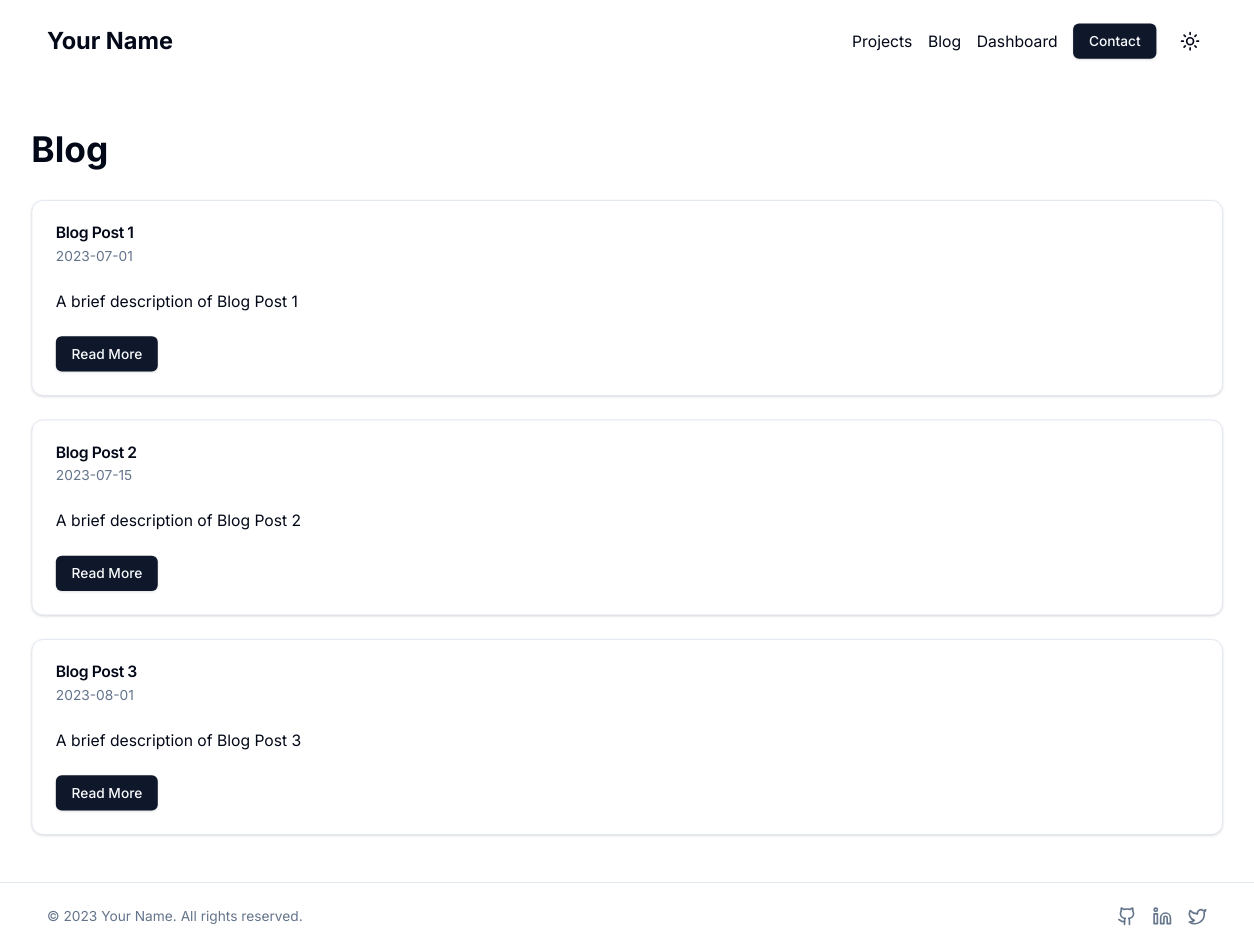
Repository: OriginalLeeDunn/pkm-portfolio
Page: /blog
The author's editor kept a copy of each file at every save. The page is drawn from the files as they stood at one save, then again after the next save.
The browser window is 1280 px wide. The pictures show the whole page, at 98% of full size.
The project was rebuilt for these pictures with package versions that can differ from the ones it lists, and the page was loaded fresh each time. The framework's server and built-in components were replaced by stand-ins that run in the browser. Also part of the build but not shown: next.config.mjs.

Above is the page before, as saved 2024-10-16 20:32:04.

### src/app/layout.tsx
import './globals.css'
import type { Metadata } from 'next'
import { Inter } from 'next/font/google'
import Header from '@/components/home-page//Header'
import Footer from '@/components/home-page/Footer'
import { ThemeProvider } from '@/components/home-page/ThemeProvider'

const inter = Inter({ subsets: ['latin'] })

export const metadata: Metadata = {
  title: 'Your Name - Web Developer & 3D Artist',
  description: 'Personal portfolio showcasing web development and 3D skills',
}

export default function RootLayout({
  children,
}: {
  children: React.ReactNode
}) {
  return (
    <html lang="en" suppressHydrationWarning>
      <body className={inter.className}>
        <ThemeProvider attribute="class" defaultTheme="system" enableSystem>
          <Header />
          <main>{children}</main>
          <Footer />
        </ThemeProvider>
      </body>
    </html>
  )
}

### src/app/blog/page.tsx
import Link from 'next/link'
import { Card, CardContent, CardDescription, CardFooter, CardHeader, CardTitle } from "@/components/home-page/ui/card"
import { Button } from "@/components/home-page/ui/button"

const posts = [
  { id: 1, title: "Blog Post 1", description: "A brief description of Blog Post 1", date: "2023-07-01" },
  { id: 2, title: "Blog Post 2", description: "A brief description of Blog Post 2", date: "2023-07-15" },
  { id: 3, title: "Blog Post 3", description: "A brief description of Blog Post 3", date: "2023-08-01" },
]

export default function BlogPage() {
  return (
    <div className="container mx-auto py-12">
      <h1 className="text-4xl font-bold mb-8">Blog</h1>
      <div className="space-y-6">
        {posts.map((post) => (
          <Card key={post.id}>
            <CardHeader>
              <CardTitle>{post.title}</CardTitle>
              <CardDescription>{post.date}</CardDescription>
            </CardHeader>
            <CardContent>
              <p>{post.description}</p>
            </CardContent>
            <CardFooter>
              <Button asChild>
                <Link href={`/blog/${post.id}`}>Read More</Link>
              </Button>
            </CardFooter>
          </Card>
        ))}
      </div>
    </div>
  )
}

### src/components/home-page/Header.tsx
import Link from 'next/link'
import { Button } from '@/components/home-page/ui/button'
import { ThemeToggle } from '@/components/home-page/ThemeToggle'

export default function Header() {
  return (
    <header className="w-full py-6 px-4 bg-background">
      <div className="container mx-auto flex justify-between items-center">
        <Link href="/" className="text-2xl font-bold">
          Your Name
        </Link>
        <nav className="flex items-center space-x-4">
          <Link href="/projects">Projects</Link>
          <Link href="/blog">Blog</Link>
          <Link href="/dashboard">Dashboard</Link>
          <Button asChild><Link href="/contact">Contact</Link></Button>
          <ThemeToggle />
        </nav>
      </div>
    </header>
  )
}

### src/components/home-page/Footer.tsx
import Link from 'next/link'
import { Github, Linkedin, Twitter } from 'lucide-react'

export default function Footer() {
  return (
    <footer className="w-full py-6 px-4 bg-background border-t">
      <div className="container mx-auto flex flex-col md:flex-row justify-between items-center">
        <p className="text-sm text-muted-foreground">© 2023 Your Name. All rights reserved.</p>
        <nav className="mt-4 md:mt-0">
          <ul className="flex space-x-4">
            <li><Link href="#" className="text-muted-foreground hover:text-foreground"><Github size={20} /></Link></li>
            <li><Link href="#" className="text-muted-foreground hover:text-foreground"><Linkedin size={20} /></Link></li>
            <li><Link href="#" className="text-muted-foreground hover:text-foreground"><Twitter size={20} /></Link></li>
          </ul>
        </nav>
      </div>
    </footer>
  )
}

### src/components/home-page/ThemeProvider.tsx
'use client'

import * as React from "react"
import { ThemeProvider as NextThemesProvider } from "next-themes"
import { type ThemeProviderProps } from "next-themes/dist/types"

export function ThemeProvider({ children, ...props }: ThemeProviderProps) {
  return <NextThemesProvider {...props}>{children}</NextThemesProvider>
}

### src/components/home-page/ui/card.tsx
import * as React from "react"

import { cn } from "@/lib/utils"

const Card = React.forwardRef<
  HTMLDivElement,
  React.HTMLAttributes<HTMLDivElement>
>(({ className, ...props }, ref) => (
  <div
    ref={ref}
    className={cn(
      "rounded-xl border bg-card text-card-foreground shadow",
      className
    )}
    {...props}
  />
))
Card.displayName = "Card"

const CardHeader = React.forwardRef<
  HTMLDivElement,
  React.HTMLAttributes<HTMLDivElement>
>(({ className, ...props }, ref) => (
  <div
    ref={ref}
    className={cn("flex flex-col space-y-1.5 p-6", className)}
    {...props}
  />
))
CardHeader.displayName = "CardHeader"

const CardTitle = React.forwardRef<
  HTMLParagraphElement,
  React.HTMLAttributes<HTMLHeadingElement>
>(({ className, ...props }, ref) => (
  <h3
    ref={ref}
    className={cn("font-semibold leading-none tracking-tight", className)}
    {...props}
  />
))
CardTitle.displayName = "CardTitle"

const CardDescription = React.forwardRef<
  HTMLParagraphElement,
  React.HTMLAttributes<HTMLParagraphElement>
>(({ className, ...props }, ref) => (
  <p
    ref={ref}
    className={cn("text-sm text-muted-foreground", className)}
    {...props}
  />
))
CardDescription.displayName = "CardDescription"

const CardContent = React.forwardRef<
  HTMLDivElement,
  React.HTMLAttributes<HTMLDivElement>
>(({ className, ...props }, ref) => (
  <div ref={ref} className={cn("p-6 pt-0", className)} {...props} />
))
CardContent.displayName = "CardContent"

const CardFooter = React.forwardRef<
  HTMLDivElement,
  React.HTMLAttributes<HTMLDivElement>
>(({ className, ...props }, ref) => (
  <div
    ref={ref}
    className={cn("flex items-center p-6 pt-0", className)}
    {...props}
  />
))
CardFooter.displayName = "CardFooter"

export { Card, CardHeader, CardFooter, CardTitle, CardDescription, CardContent }

### src/components/home-page/ui/button.tsx
import * as React from "react"
import { Slot } from "@radix-ui/react-slot"
import { cva, type VariantProps } from "class-variance-authority"

import { cn } from "@/lib/utils"

const buttonVariants = cva(
  "inline-flex items-center justify-center whitespace-nowrap rounded-md text-sm font-medium transition-colors focus-visible:outline-none focus-visible:ring-1 focus-visible:ring-ring disabled:pointer-events-none disabled:opacity-50",
  {
    variants: {
      variant: {
        default:
          "bg-primary text-primary-foreground shadow hover:bg-primary/90",
        destructive:
          "bg-destructive text-destructive-foreground shadow-sm hover:bg-destructive/90",
        outline:
          "border border-input bg-background shadow-sm hover:bg-accent hover:text-accent-foreground",
        secondary:
          "bg-secondary text-secondary-foreground shadow-sm hover:bg-secondary/80",
        ghost: "hover:bg-accent hover:text-accent-foreground",
        link: "text-primary underline-offset-4 hover:underline",
      },
      size: {
        default: "h-9 px-4 py-2",
        sm: "h-8 rounded-md px-3 text-xs",
        lg: "h-10 rounded-md px-8",
        icon: "h-9 w-9",
      },
    },
    defaultVariants: {
      variant: "default",
      size: "default",
    },
  }
)

export interface ButtonProps
  extends React.ButtonHTMLAttributes<HTMLButtonElement>,
    VariantProps<typeof buttonVariants> {
  asChild?: boolean
}

const Button = React.forwardRef<HTMLButtonElement, ButtonProps>(
  ({ className, variant, size, asChild = false, ...props }, ref) => {
    const Comp = asChild ? Slot : "button"
    return (
      <Comp
        className={cn(buttonVariants({ variant, size, className }))}
        ref={ref}
        {...props}
      />
    )
  }
)
Button.displayName = "Button"

export { Button, buttonVariants }

### src/components/home-page/ThemeToggle.tsx
'use client'

import * as React from "react"
import { Moon, Sun } from "lucide-react"
import { useTheme } from "next-themes"
import { Button } from "@/components/home-page/ui/button"

export function ThemeToggle() {
  const { setTheme, theme } = useTheme()

  return (
    <Button
      variant="ghost"
      size="icon"
      onClick={() => setTheme(theme === "light" ? "dark" : "light")}
    >
      <Sun className="h-[1.5rem] w-[1.3rem] dark:hidden" />
      <Moon className="hidden h-5 w-5 dark:block" />
      <span className="sr-only">Toggle theme</span>
    </Button>
  )
}

### tailwind.config.ts
/** @type {import('tailwindcss').Config} */
module.exports = {
  darkMode: ["class"],
  content: [
    './pages/**/*.{ts,tsx}',
    './components/**/*.{ts,tsx}',
    './app/**/*.{ts,tsx}',
    './src/**/*.{ts,tsx}',
  ],
  theme: {
  	container: {
  		center: 'true',
  		padding: '2rem',
  		screens: {
  			'2xl': '1400px'
  		}
  	},
  	extend: {
  		colors: {
  			border: 'hsl(var(--border))',
  			input: 'hsl(var(--input))',
  			ring: 'hsl(var(--ring))',
  			background: 'hsl(var(--background))',
  			foreground: 'hsl(var(--foreground))',
  			primary: {
  				DEFAULT: 'hsl(var(--primary))',
  				foreground: 'hsl(var(--primary-foreground))'
  			},
  			secondary: {
  				DEFAULT: 'hsl(var(--secondary))',
  				foreground: 'hsl(var(--secondary-foreground))'
  			},
  			destructive: {
  				DEFAULT: 'hsl(var(--destructive))',
  				foreground: 'hsl(var(--destructive-foreground))'
  			},
  			muted: {
  				DEFAULT: 'hsl(var(--muted))',
  				foreground: 'hsl(var(--muted-foreground))'
  			},
  			accent: {
  				DEFAULT: 'hsl(var(--accent))',
  				foreground: 'hsl(var(--accent-foreground))'
  			},
  			popover: {
  				DEFAULT: 'hsl(var(--popover))',
  				foreground: 'hsl(var(--popover-foreground))'
  			},
  			card: {
  				DEFAULT: 'hsl(var(--card))',
  				foreground: 'hsl(var(--card-foreground))'
  			},
  			chart: {
  				'1': 'hsl(var(--chart-1))',
  				'2': 'hsl(var(--chart-2))',
  				'3': 'hsl(var(--chart-3))',
  				'4': 'hsl(var(--chart-4))',
  				'5': 'hsl(var(--chart-5))'
  			}
  		},
  		borderRadius: {
  			lg: 'var(--radius)',
  			md: 'calc(var(--radius) - 2px)',
  			sm: 'calc(var(--radius) - 4px)'
  		},
  		keyframes: {
  			'accordion-down': {
  				from: {
  					height: '0'
  				},
  				to: {
  					height: 'var(--radix-accordion-content-height)'
  				}
  			},
  			'accordion-up': {
  				from: {
  					height: 'var(--radix-accordion-content-height)'
  				},
  				to: {
  					height: '0'
  				}
  			}
  		},
  		animation: {
  			'accordion-down': 'accordion-down 0.2s ease-out',
  			'accordion-up': 'accordion-up 0.2s ease-out'
  		}
  	}
  },
  plugins: [require("tailwindcss-animate")],
}

Loaded but not shown: src/app/globals.css (common file); src/lib/utils.ts (common file)

After the next save:
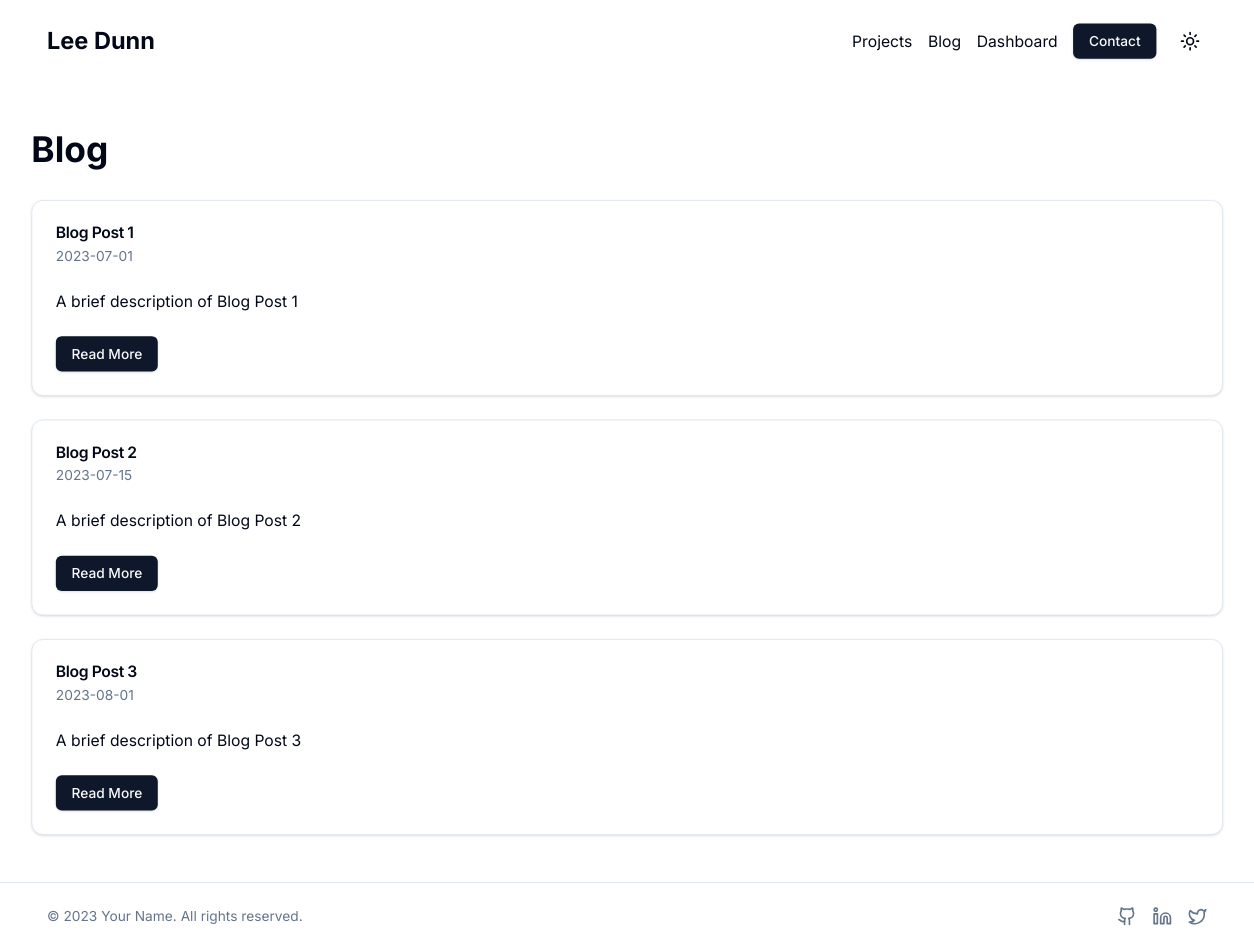
Saved 2 min 56 s later.
--- a/src/components/home-page/Header.tsx
+++ b/src/components/home-page/Header.tsx
@@ -7,7 +7,7 @@
     <header className="w-full py-6 px-4 bg-background">
       <div className="container mx-auto flex justify-between items-center">
         <Link href="/" className="text-2xl font-bold">
-          Your Name
+          Lee Dunn
         </Link>
         <nav className="flex items-center space-x-4">
           <Link href="/projects">Projects</Link>
